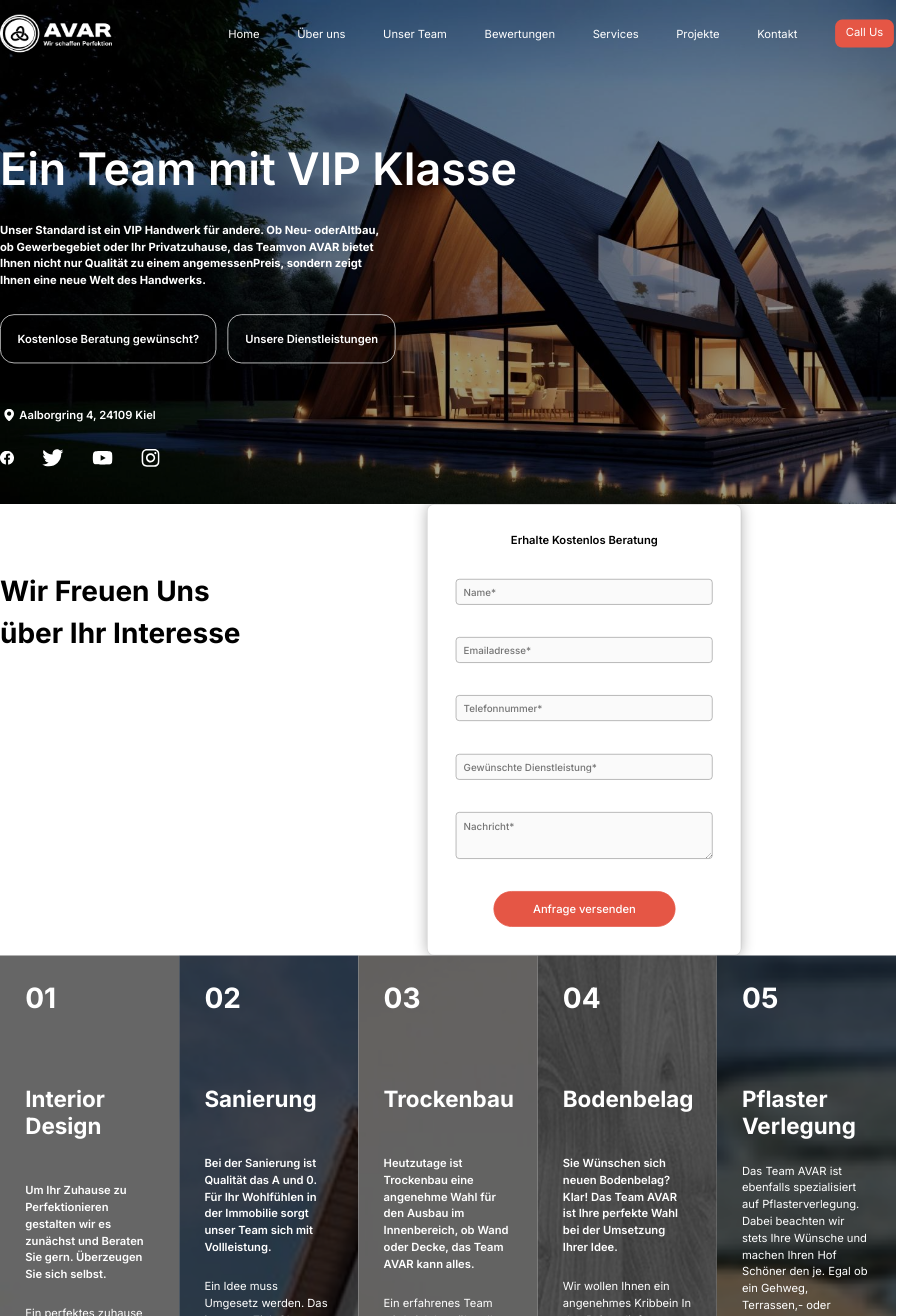
Repository: AlazarStudio/avar_react
Page: /
An editor plug-in stored every save of this project. The page is shown before and after the next save, followed by the edit.
The browser window is 1280 px wide. The page is 1287 px wide, so the pictures cover 1287 px, including what lies to the right of the window. The pictures show the part of the page from y = 0 to 1880 px (the page is 7978 px tall), at 70% of full size.
The project was rebuilt for these pictures with package versions that can differ from the ones it lists, and the page was loaded fresh each time. Also part of the build but not shown: vite.config.js, src/Components/Pages/Non_Found_Page.jsx, src/Components/Pages/HomePage/HomePage.module.css, src/Components/Pages/UberUnsPage/UberUnsPage.module.css, src/Components/ui/UberUnsContainers/Container1/Container1.module.css, src/Components/ui/UberUnsContainers/Container1/Container1.jsx, src/Components/ui/UberUnsContainers/Container2/Container2.module.css, src/Components/ui/UberUnsContainers/Container2/Container2.jsx and 55 more.

Above is the page before, as saved 2025-07-02 19:17:41.

After the next save:
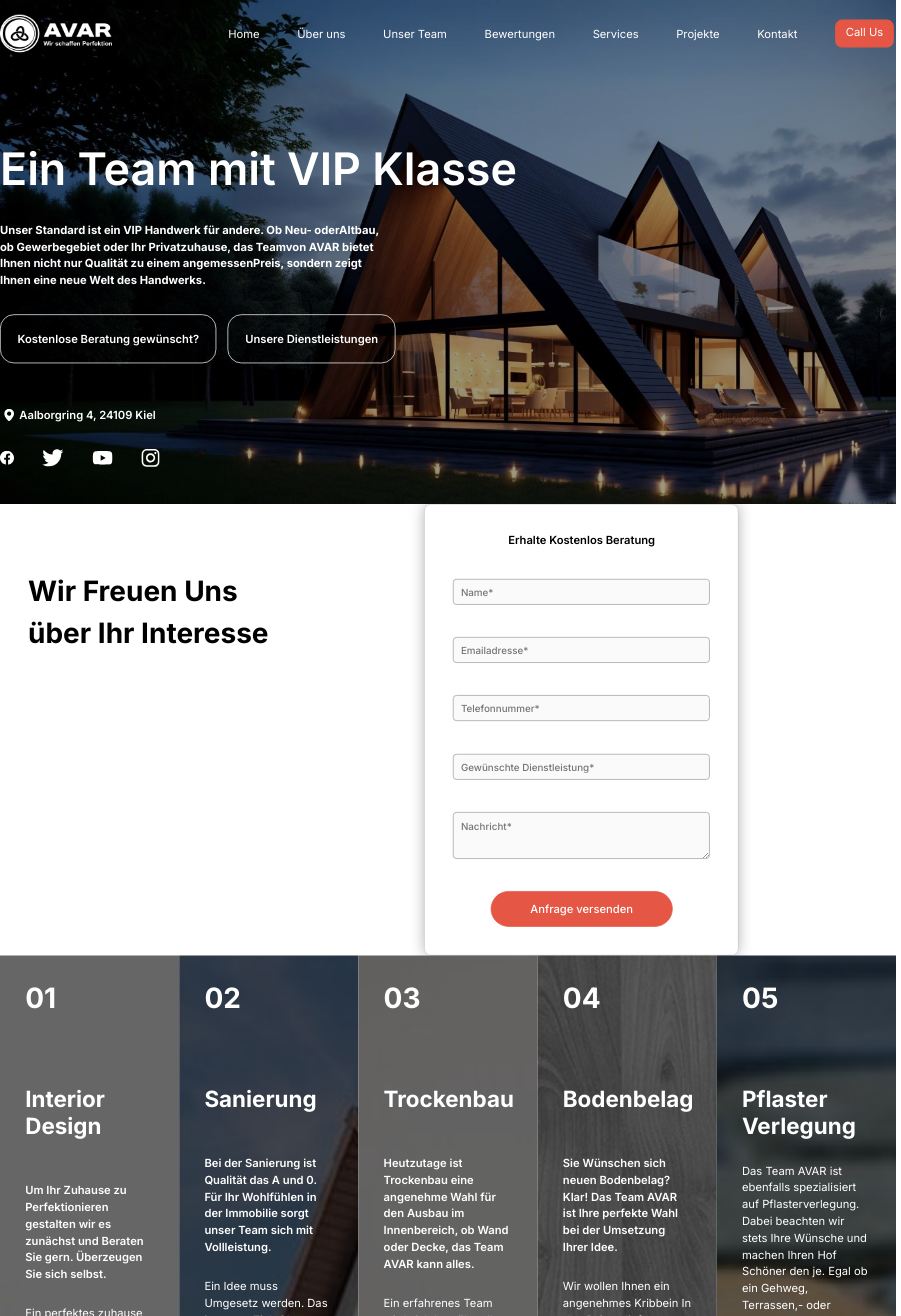
Saved 19 s later.
--- a/src/Components/ui/HomePageContainers/Container2/Container2.module.css
+++ b/src/Components/ui/HomePageContainers/Container2/Container2.module.css
@@ -9,6 +9,7 @@
   display: flex;
   width: 100%;
   max-width: 1304px;
+  padding: 0 40px;
 }
 
 .container2Left {
